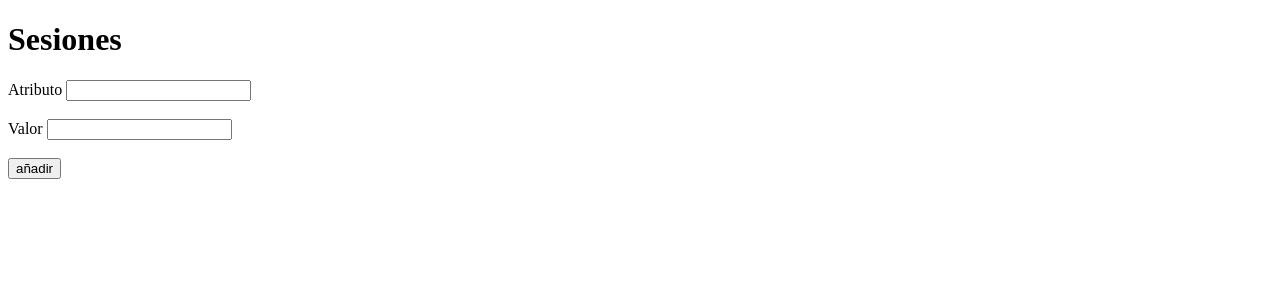
Repository: cgg25/javaee
Page: Sessiones/WebContent/index.html
An editor plug-in stored every save of this project. The page is shown before and after the next save, followed by the edit.
The browser window is 1280 px wide. The pictures show the whole page.

Above is the page before, as saved 2017-02-16 18:43:37.

After the next save:
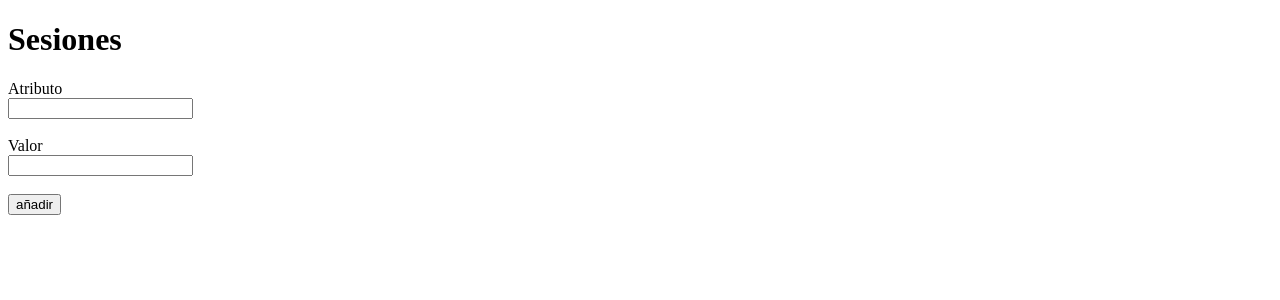
Saved 14 s later.
--- a/Sessiones/WebContent/index.html
+++ b/Sessiones/WebContent/index.html
@@ -7,10 +7,10 @@
 <body>
 <h1>Sesiones</h1>
 	<form action="/Sessiones/anyadir" method="">
-		<label>Atributo</label>
+		<label>Atributo</label><br>
 		<input type="text" name="atributo">
 		<br><br>
-		<label>Valor</label>
+		<label>Valor</label><br>
 		<input type="text" name="valor"><br><br>
 		<input type="submit" value="añadir">
 	</form>
